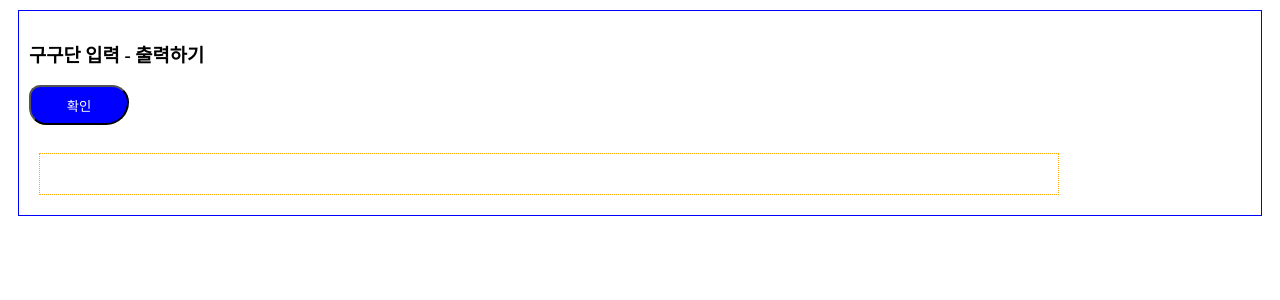
Repository: seonyeob94/BasicWeb
Page: webpro/src/main/webapp/0319/구조분해.html
An editor plug-in stored every save of this project. The page is shown before and after the next save, followed by the edit.
The browser window is 1280 px wide. The pictures show the whole page.

Above is the page before, as saved 2025-03-19 01:19:11.

After the next save:
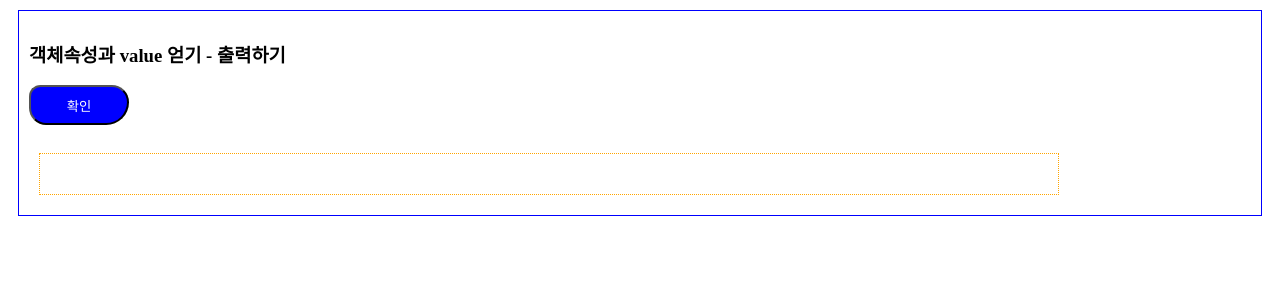
Saved 34 s later.
--- a/webpro/src/main/webapp/0319/구조분해.html
+++ b/webpro/src/main/webapp/0319/구조분해.html
@@ -17,7 +17,7 @@ animal={
 
 
 <div class="box">
-  <h3>구구단 입력 - 출력하기</h3>
+  <h3>객체속성과 value 얻기 - 출력하기</h3>
 
   <input type="button" value="확인" onclick="proc1()">
   <br><br>
